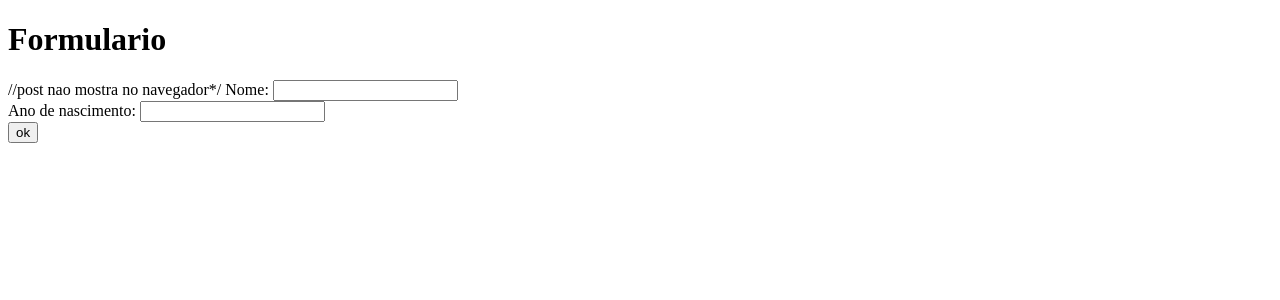
Repository: mduarte23/Sistemas_Informacao
Page: http://localhost/OlaMundo/formulario/formulario1.jsp
These files come from the project's save history. The page is drawn as it stood at one moment and after the next save; the edit follows.
The browser window is 1280 px wide. The pictures show the whole page.
The page is served by Tomcat 10. Other server files are loaded and not shown.

Above is the page before, as saved 2024-08-14 22:49:24.

### 4_Periodo/Eclipse/OlaMundo/src/main/webapp/formulario/formulario1.jsp
<%@ page language="java" contentType="text/html; charset=UTF-8"
    pageEncoding="UTF-8"%>
<!DOCTYPE html>
<html>
<head>
<meta charset="UTF-8">
<title>Insert title here</title>
</head>
<body>

		<h1>Formulario</h1>

	<form action="resposta.jsp" method="post">//post nao mostra no navegador*/
		Nome:
		<input type= "text" name = "nome"/>
		<br/>
		Ano de nascimento:
		<input type= "text" name = "ano"/>
		<br/>
		<input type="submit" value= "ok"/>
	</form>

</body>
</html>

After the next save:
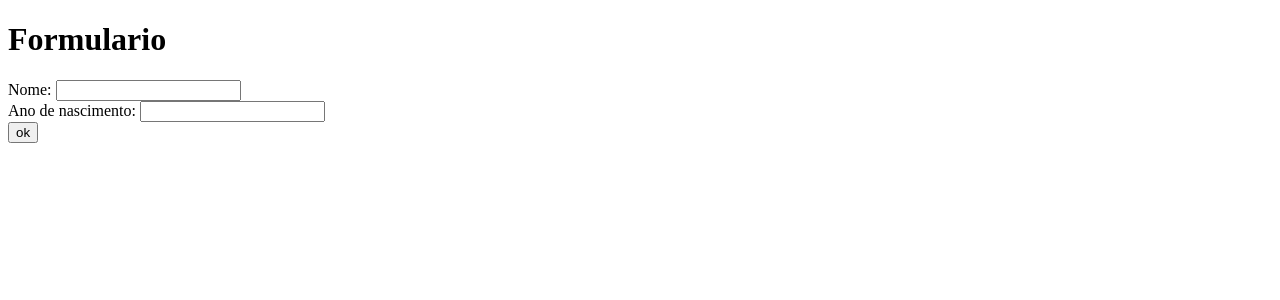
Saved 103 s later.
--- a/4_Periodo/Eclipse/OlaMundo/src/main/webapp/formulario/formulario1.jsp
+++ b/4_Periodo/Eclipse/OlaMundo/src/main/webapp/formulario/formulario1.jsp
@@ -10,7 +10,7 @@
 
 		<h1>Formulario</h1>
 
-	<form action="resposta.jsp" method="post">//post nao mostra no navegador*/
+	<form action="resposta.jsp" method="post">
 		Nome:
 		<input type= "text" name = "nome"/>
 		<br/>
